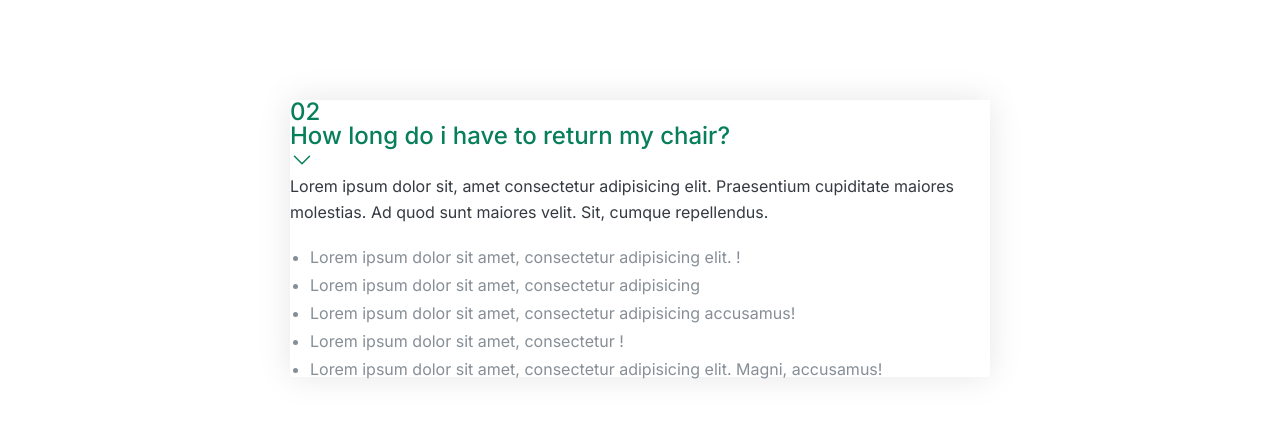
Repository: sunny070/CSS
Page: HTML and CSS some of the important components/index.html
The author's editor kept a copy of each file at every save. The page is drawn from the files as they stood at one save, then again after a run of saves.
The browser window is 1280 px wide. The pictures show the whole page.

Above is the page before, as saved 2023-11-13 15:18:03.

### HTML and CSS some of the important components/index.html
<!DOCTYPE html>
<html lang="en">
  <head>
    <meta charset="UTF-8" />
    <meta name="viewport" content="width=device-width, initial-scale=1.0" />
    <title>Accordion Components</title>
    <link
      href="https://fonts.googleapis.com/css2?family=Inter:wght@400;500;700&display=swap"
      rel="stylesheet"
    />
    <style>
      /*
    SPACING SYSTEM (px)
    2 / 4 / 8 / 12 / 16 / 24 / 32 / 48 / 64 / 80 / 96 / 128

    FONT SIZE SYSTEM (px)
    10 / 12 / 14 / 16 / 18 / 20 / 24 / 30 / 36 / 44 / 52 / 62 / 74 / 86 / 98
    */

      /*
    MAIN COLOR: #087f5b
    GREY COLOR: #343a40
    */

      * {
        margin: 0;
        padding: 0;
        box-sizing: border-box;
      }

      /* ------------------------ */
      /* GENERAL STYLES */
      /* ------------------------ */
      body {
        font-family: "Inter", sans-serif;
        color: #343a40;
        line-height:1;
      }
      .accordion
      {
        width:700px;
        margin: 100px auto;

      }
      .item{
        box-shadow: 0 0 32px rgba(0,0,0,0.1);
      }
      .number ,.text{
        font-size: 24px;
        font-weight: 500;
        color:#087f5b;
      }

      .icon{
        width: 24px;
        height: 24px;
        stroke: #087f5b;
      }
      .hidden-box{

      }
      .hidden-box p{
        line-height: 1.6;
        margin-bottom: 24px;
      }
      .hidden-box ul{
        color:#868e96;
        margin-left: 20px;
        display:flex;
        flex-direction: column;
        gap: 12px;

      }
      /* .hidden-box li{
        margin-bottom: 12px;
      } */
    </style>
  </head>
  <body>
<div class="accordion">
  <div class="item">
  <p class="number"> 02</p>
  <p class="text">How long do i have to return my chair?</p>
  <svg class="icon" xmlns="http://www.w3.org/2000/svg" fill="none" viewBox="0 0 24 24" stroke-width="1.5" stroke="currentColor" class="w-6 h-6">
    <path stroke-linecap="round" stroke-linejoin="round" d="M19.5 8.25l-7.5 7.5-7.5-7.5" />
  </svg>
  <div class="hidden-box">
    <p>Lorem ipsum dolor sit, amet consectetur adipisicing elit. Praesentium cupiditate maiores molestias. Ad quod sunt maiores velit. Sit, cumque repellendus.</p>
    <ul>
      <li>Lorem ipsum dolor sit amet, consectetur adipisicing elit. !</li>
      <li>Lorem ipsum dolor sit amet, consectetur adipisicing</li>
      <li>Lorem ipsum dolor sit amet, consectetur adipisicing  accusamus!</li>
      <li>Lorem ipsum dolor sit amet, consectetur !</li>
      <li>Lorem ipsum dolor sit amet, consectetur adipisicing elit. Magni, accusamus!</li>

    </ul>
  </div>
  </div>

</div>

  </body>
</html>

After the next 2 saves:
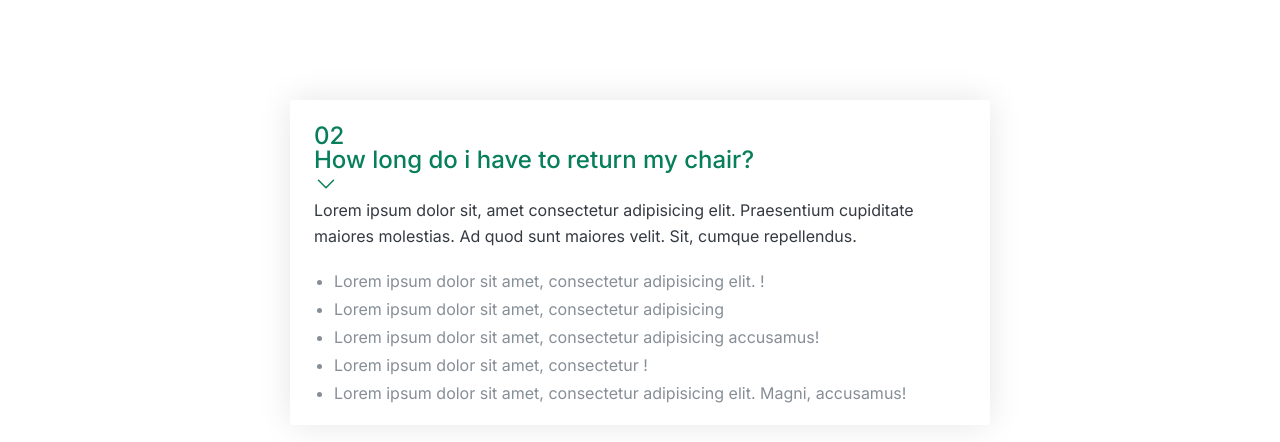
The 2 saves are shown as one change because they came seconds apart.
The last was saved 7 s later.
--- a/HTML and CSS some of the important components/index.html
+++ b/HTML and CSS some of the important components/index.html
@@ -44,6 +44,7 @@
       }
       .item{
         box-shadow: 0 0 32px rgba(0,0,0,0.1);
+        padding: 24px;
       }
       .number ,.text{
         font-size: 24px;
